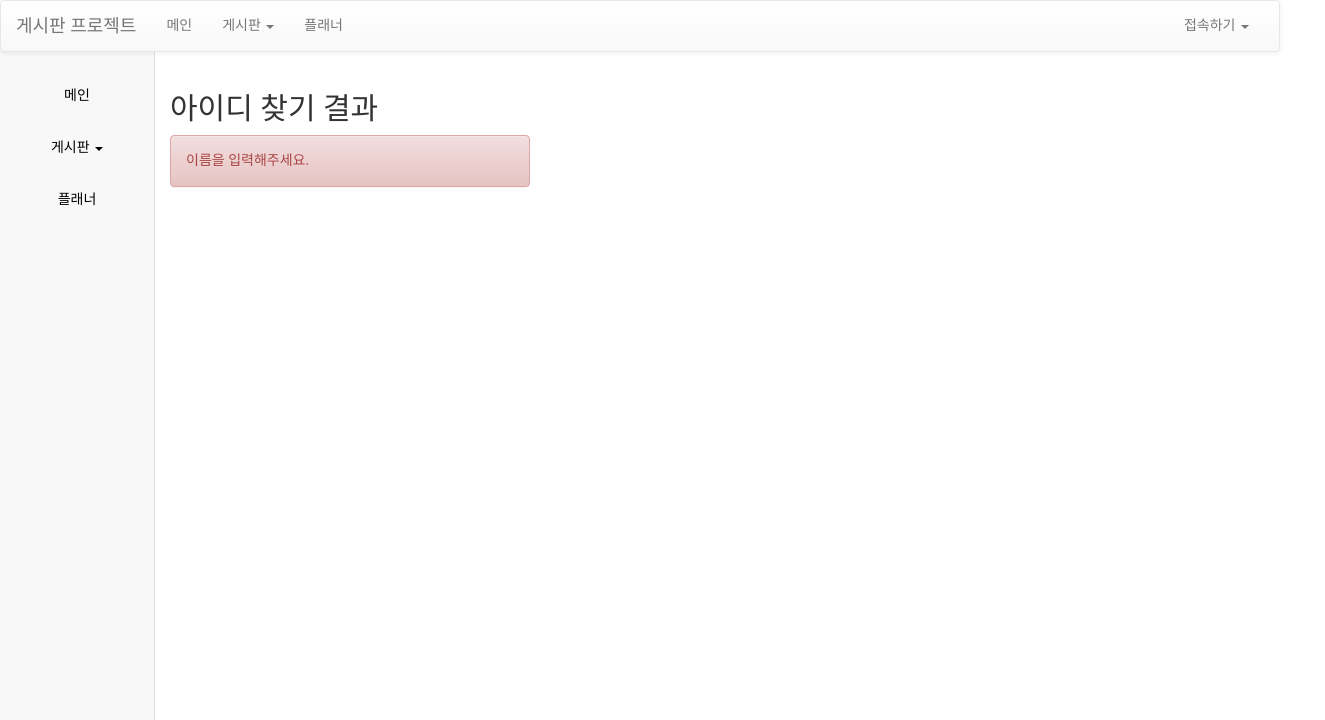
Repository: Seok7975/Project_PlannerSharingBoard
Page: http://localhost/ToDoList공유_게시판_ver3/id/findIdAction.jsp
An editor plug-in stored every save of this project. The page is shown before and after the next save, followed by the edit.
The browser window is 1280 px wide. The page is 1325 px wide, so the pictures cover 1325 px, including what lies to the right of the window. The pictures show the whole page.
Some web fonts or font styles are not loaded; a fallback is used. Some web libraries are served in a nearby version. The page is served by Tomcat 9. Other server files are loaded and not shown.

Above is the page before, as saved 2024-07-05 08:21:15.

### List_Projects_ver3/ToDoList공유 게시판_ver3/src/main/webapp/id/findIdAction.jsp
<%-- <%@ page language="java" contentType="text/html; charset=UTF-8"
    pageEncoding="UTF-8"%>
<%@ page import="java.sql.*, user.UserDAO" %>
<!DOCTYPE html>
<html>
<head>
<meta http-equiv="Content-Type" content="text/html; charset=UTF-8">
<meta name="viewport" content="width=device-width, initial-scale=1">
<!-- Latest compiled and minified CSS -->
<link rel="stylesheet" href="https://cdn.jsdelivr.net/npm/bootstrap@3.3.7/dist/css/bootstrap.min.css" integrity="sha384-BVYiiSIFeK1dGmJRAkycuHAHRg32OmUcww7on3RYdg4Va+PmSTsz/K68vbdEjh4u" crossorigin="anonymous">
<!-- Optional theme -->
<link rel="stylesheet" href="https://cdn.jsdelivr.net/npm/bootstrap@3.3.7/dist/css/bootstrap-theme.min.css" integrity="sha384-rHyoN1iRsVXV4nD0JutlnGaslCJuC7uwjduW9SVrLvRYooPp2bWYgmgJQIXwl/Sp" crossorigin="anonymous">
<!-- jQuery (necessary for Bootstrap's JavaScript plugins) -->
<script src="https://code.jquery.com/jquery-3.1.1.min.js"></script>
<!-- Latest compiled and minified JavaScript -->
<script src="https://cdn.jsdelivr.net/npm/bootstrap@3.3.7/dist/js/bootstrap.min.js" integrity="sha384-Tc5IQib027qvyjSMfHjOMaLkfuWVxZxUPnCJA7l2mCWNIpG9mGCD8wGNIcPD7Txa" crossorigin="anonymous"></script>
<link rel="stylesheet" href="css/jumbotronCustom.css">
<title>아이디 찾기 결과</title>
</head>
<body>
	<nav class="navbar navbar-default">
		<div class="container-fluid">
			<div class="navbar-header">
				<button type="button" class="navbar-toggle collapsed" data-toggle="collapse" data-target="#bs-example-navbar-collapse-1" aria-expanded="false">
						<span class="sr-only">Toggle navigation</span>
						<span class="icon-bar"></span>
						<span class="icon-bar"></span>
						<span class="icon-bar"></span>
				</button>
				<a class="navbar-brand" href="main.jsp">게시판 프로젝트</a>
			</div>
			<div class="collapse navbar-collapse" id="bs-example-navbar-collapse-1">
				<ul class="nav navbar-nav">
					<li><a href="main.jsp">메인</a></li>
					<li><a href="bbs.jsp">게시판</a></li>
					<li><a href="planner/planner.jsp">플래너</a></li>

				</ul>
				<ul class="nav navbar-nav navbar-right">
					<li class="dropdown">
						<a href="#" class="dropdown-toggle" data-toggle="dropdown" role="button" aria-haspopup="true" aria-expanded="false">접속하기 <span class="caret"></span></a>
						<ul class="dropdown-menu">
							<li><a href="login.jsp">로그인</a></li>
							<li><a href="register.jsp">회원가입</a></li>
						</ul>
					</li>
				</ul>
			</div>
		</div>
	</nav>
	<div class="container">
		<h2>아이디 찾기 결과</h2>
		<%
			String userName = request.getParameter("userName");
			String userEmail = request.getParameter("userEmail");
			UserDAO userDAO = new UserDAO();

			// 디버깅용 정보 출력
			userDAO.printDebugInfo(userName, userEmail);

			String userID = userDAO.findUserId(userName, userEmail);

			if (userID != null) {
				out.println("<div class='alert alert-success'>");
				out.println("회원님의 아이디는 <strong>" + userID + "</strong> 입니다.");
				out.println("</div>");
			} else {
				out.println("<div class='alert alert-danger'>");
				out.println("입력하신 정보와 일치하는 아이디가 없습니다.");
				out.println("</div>");
			}
		%>
	</div>
</body>
</html> --%>

<%@ page language="java" contentType="text/html; charset=UTF-8" pageEncoding="UTF-8"%>
<%@ page import="user.UserDAO" %>

<%
    request.setCharacterEncoding("UTF-8");

    String userName = request.getParameter("userName");
    String userEmail = request.getParameter("userEmail");

    if (userName == null || userName.trim().isEmpty()) {
        request.setAttribute("errorMessage", "이름을 입력해주세요.");
        request.getRequestDispatcher("showUserID.jsp").forward(request, response);
        return;
    }

    if (userEmail == null || userEmail.trim().isEmpty()) {
        request.setAttribute("errorMessage", "이메일을 입력해주세요.");
        request.getRequestDispatcher("showUserID.jsp").forward(request, response);
        return;
    }

    UserDAO userDAO = new UserDAO();
    String userID = userDAO.findUserId(userName, userEmail);

    request.setAttribute("userID", userID);

    // 디버깅용 정보 출력
    userDAO.printDebugInfo(userName, userEmail);

    if (userID != null) {
        request.getRequestDispatcher("showUserID.jsp").forward(request, response);
    } else {
        request.setAttribute("errorMessage", "입력하신 정보와 일치하는 아이디가 없습니다.");
        request.getRequestDispatcher("showUserID.jsp").forward(request, response);
    }
%>

### List_Projects_ver3/ToDoList공유 게시판_ver3/src/main/webapp/id/showUserID.jsp
<%@ page language="java" contentType="text/html; charset=UTF-8" pageEncoding="UTF-8"%>
<!DOCTYPE html>
<html>
<head>
    <meta http-equiv="Content-Type" content="text/html; charset=UTF-8">
    <meta name="viewport" content="width=device-width, initial-scale=1">
    <!-- Latest compiled and minified CSS -->
    <link rel="stylesheet" href="https://cdn.jsdelivr.net/npm/bootstrap@3.3.7/dist/css/bootstrap.min.css" integrity="sha384-BVYiiSIFeK1dGmJRAkycuHAHRg32OmUcww7on3RYdg4Va+PmSTsz/K68vbdEjh4u" crossorigin="anonymous">
    <!-- Optional theme -->
    <link rel="stylesheet" href="https://cdn.jsdelivr.net/npm/bootstrap@3.3.7/dist/css/bootstrap-theme.min.css" integrity="sha384-rHyoN1iRsVXV4nD0JutlnGaslCJuC7uwjduW9SVrLvRYooPp2bWYgmgJQIXwl/Sp" crossorigin="anonymous">

    <link rel="stylesheet" href="../css/idStyle.css"> <!-- 외부 CSS 파일 참조 -->
    <!-- jQuery (necessary for Bootstrap's JavaScript plugins) -->
    <script src="https://code.jquery.com/jquery-3.1.1.min.js"></script>
    <!-- Latest compiled and minified JavaScript -->
    <script src="https://cdn.jsdelivr.net/npm/bootstrap@3.3.7/dist/js/bootstrap.min.js" integrity="sha384-Tc5IQib027qvyjSMfHjOMaLkfuWVxZxUPnCJA7l2mCWNIpG9mGCD8wGNIcPD7Txa" crossorigin="anonymous"></script>
    <link rel="stylesheet" href="css/jumbotronCustom.css">
    <title>아이디 찾기 결과</title>
    <style>
    	/* 작은 화면일 때 스타일 조정 */
@media (max-width: 767px) {
    .main-content {
        margin-left: 0;
    }
    .col-xs-12 {
        width: 100%;
        padding: 0;
    }
    .jumbotron {
        padding: 20px;
    }
    </style>
</head>
<body>
    <div class="sidebar">
        <a href="../main.jsp" style="text-align: center;">메인</a>
        <div class="dropdown">
            <a href="../bbs.jsp?bbsCategory=all" style="text-align: center;">게시판 <span class="caret"></span></a>
            <ul class="dropdown-menu">
                <li><a href="../bbs.jsp?bbsCategory=all" style="text-align: center;">전체글보기</a></li>
                <li><a href="../bbs.jsp?bbsCategory=free" style="text-align: center;">자유게시판</a></li>
                <li><a href="../bbs.jsp?bbsCategory=study" style="text-align: center;">공부게시판</a></li>
                <li><a href="../bbs.jsp?bbsCategory=exercise" style="text-align: center;">운동게시판</a></li>
            </ul>
        </div>
        <a href="planner/planner.jsp" style="text-align: center;">플래너</a>
    </div>
    <nav class="navbar navbar-default">
        <div class="container-fluid">
            <div class="navbar-header">
                <button type="button" class="navbar-toggle collapsed" data-toggle="collapse" data-target="#bs-example-navbar-collapse-1" aria-expanded="false">
                        <span class="sr-only">Toggle navigation</span>
                        <span class="icon-bar"></span>
                        <span class="icon-bar"></span>
                        <span class="icon-bar"></span>
                </button>
                <a class="navbar-brand" href="../main.jsp">게시판 프로젝트</a>
            </div>
            <div class="collapse navbar-collapse" id="bs-example-navbar-collapse-1">
                <ul class="nav navbar-nav">
                    <li><a href="../main.jsp">메인</a></li>
                    <li class="dropdown">
                        <a href="../bbs.jsp" role="button" aria-haspopup="true" aria-expanded="false">게시판 <span class="caret"></span></a>
                        <ul class="dropdown-menu">
                            <li><a href="bbs.jsp?bbsCategory=all">전체글보기</a></li>
                            <li><a href="bbs.jsp?bbsCategory=free">자유게시판</a></li>
                            <li><a href="bbs.jsp?bbsCategory=study">공부게시판</a></li>
                            <li><a href="bbs.jsp?bbsCategory=exercise">운동게시판</a></li>
                        </ul>
                    </li>
                    <li><a href="../planner/planner.jsp">플래너</a></li>
                </ul>
                <ul class="nav navbar-nav navbar-right">
                    <li class="dropdown">
                        <a href="#" class="dropdown-toggle" data-toggle="dropdown" role="button" aria-haspopup="true" aria-expanded="false">접속하기 <span class="caret"></span></a>
                        <ul class="dropdown-menu">
                            <li><a href="login.jsp">로그인</a></li>
                            <li><a href="join.jsp">회원가입</a></li>
                        </ul>
                    </li>
                </ul>
            </div>
        </div>
    </nav>
    <div class="container main-content">
        <div class="row">
        <div class="col-lg-4 col-md-6 col-sm-8 col-xs-10">
                <h2>아이디 찾기 결과</h2>
                <%
                    String userID = (String) request.getAttribute("userID");
                    String errorMessage = (String) request.getAttribute("errorMessage");

                    if (userID != null) {
                        out.println("<div class='alert alert-success'>");
                        out.println("회원님의 아이디는 <strong>" + userID + "</strong> 입니다.");
                        out.println("</div>");
                    } else if (errorMessage != null) {
                        out.println("<div class='alert alert-danger'>");
                        out.println(errorMessage);
                        out.println("</div>");
                    }
                %>
            </div>
        </div>
    </div>
</body>
</html>

### List_Projects_ver3/ToDoList공유 게시판_ver3/src/main/webapp/css/idStyle.css
@charset "UTF-8";

/* 네비게이션 바를 상단에 고정 */
.navbar-fixed-top {
    position: fixed;
    top: 0;
    width: 100%;
    z-index: 1000;
}

/* 왼쪽 사이드바 스타일 */
.sidebar {
    position: fixed;
    top: 50px; /* 네비게이션 바 높이만큼 아래로 내림 */
    left: 0;
    width: 155px;
    height: calc(100% - 50px); /* 네비게이션 바 높이만큼 줄임 */
    background-color: #f8f8f8;
    padding-top: 20px;
    border-right: 1px solid #ddd;
    transition: width 0.3s ease, opacity 0.3s ease; /* 사이드바 너비와 투명도 변화 애니메이션 */
    /* overflow: hidden; */
}

/* 작은 화면에서 사이드바 숨기기 */
@media (max-width: 768px) {
    .sidebar {
        left: -250px;
    }
}

/* 사이드바가 보일 때 클래스 */
.sidebar.show {
    left: 0;
}

/* 메인 콘텐츠 스타일 */
.main-content {
    margin-left: 155px; /* 기본 사이드바 너비만큼 마진 */
    transition: margin-left 0.3s;
}

/* 작은 화면에서 메인 콘텐츠 마진 조정 */
@media (max-width: 768px) {
    .main-content {
        margin-left: 0;
    }
}

.sidebar a {
    display: block;
    color: black;
    padding: 16px;
    text-decoration: none;
}

.sidebar a:hover {
    background-color: #ddd;
    color: black;
}

.sidebar .dropdown-menu {
    display: none;
    position: static;
    float: none;
    background-color: #f8f8f8;
    border: none;
    box-shadow: none;
}

.sidebar .dropdown:hover .dropdown-menu {
    display: block;
    animation: slideDown 0.3s ease-in-out; /* 슬라이딩 애니메이션 추가 */
}

/* 사이드바가 사라질 때의 스타일 */
.sidebar.hidden {
    width: 0;
    opacity: 0;
    overflow: hidden;
}

/* 메인 콘텐츠가 확장될 때의 스타일 */
.main-content.expanded {
    margin-left: 0;
}

@keyframes slideDown {
    0% {
        opacity: 0;
        transform: translateY(-10px);
    }
    100% {
        opacity: 1;
        transform: translateY(0);
    }
}

/* 드롭다운 메뉴가 커서를 가져다 대기만 해도 열리도록 설정 */
.navbar-nav > li.dropdown:hover > .dropdown-menu {
    display: block;
    animation: slideDown 0.3s ease-in-out; /* 슬라이딩 애니메이션 추가 */
}

.category-title {
    font-size: 24px; /* 텍스트 크기 */
    font-weight: bold; /* 텍스트 굵기 */
    margin-bottom: 20px; /* 아래쪽 여백 */
    /* text-align: center; */ /* 가운데 정렬 */
    /* color: #333; */ /* 텍스트 색상 */
}

a, a:hover {
    color: #000000;
    text-decoration: none;
}

    .login-container {
        max-width: 400px;

        margin: 50px auto;
    }

    .jumbotron {
        padding: 65px;
        text-align: center;
    }

    .form-group {
        margin-bottom: 15px;
    }

### List_Projects_ver3/ToDoList공유 게시판_ver3/src/main/webapp/css/jumbotronCustom.css

@import url(http://fonts.googleapis.com/earlyaccess/nanumgothic.css);
@import url(http://fonts.googleapis.com/earlyaccess/hanna.css);
* {
	font-family : 'Nanum Gothic';
}

h1 {
	font-family : 'Hanna';
}

After the next save:
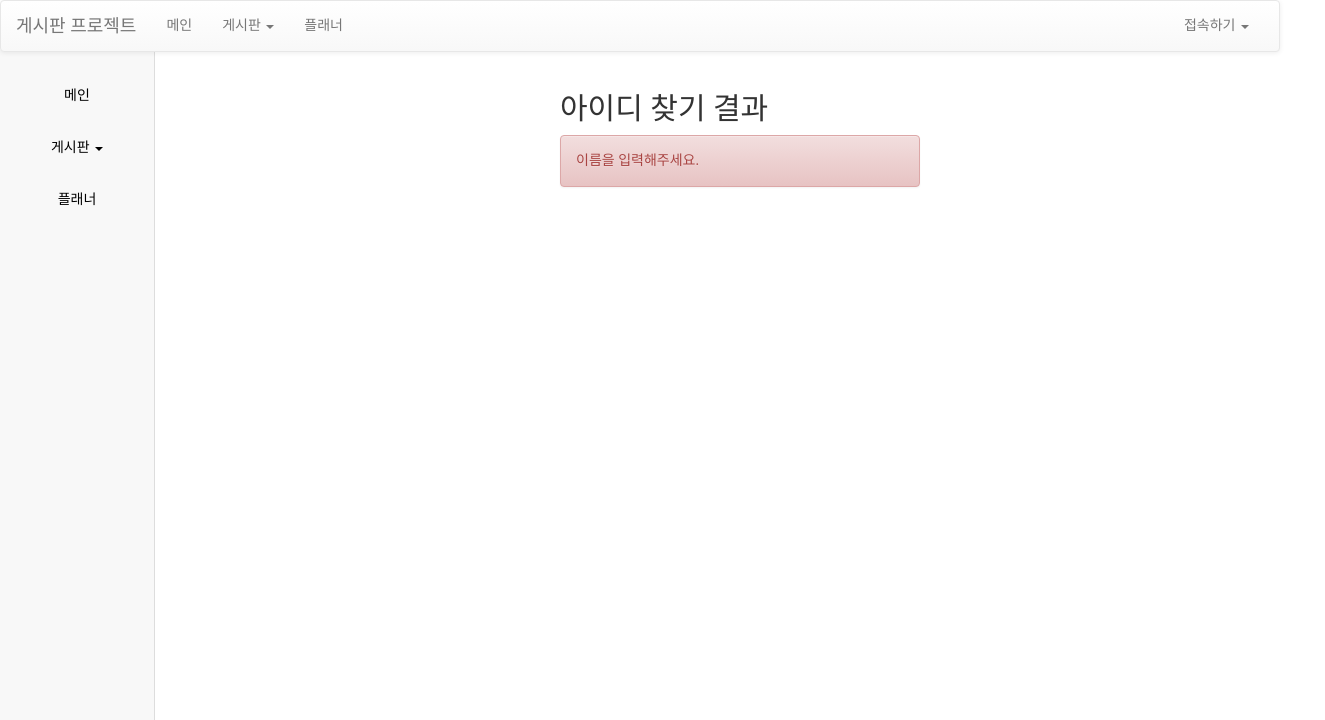
Saved 87 s later.
--- a/List_Projects_ver3/ToDoList공유 게시판_ver3/src/main/webapp/id/showUserID.jsp
+++ b/List_Projects_ver3/ToDoList공유 게시판_ver3/src/main/webapp/id/showUserID.jsp
@@ -84,23 +84,25 @@
     </nav>
     <div class="container main-content">
         <div class="row">
-        <div class="col-lg-4 col-md-6 col-sm-8 col-xs-10">
-                <h2>아이디 찾기 결과</h2>
-                <%
-                    String userID = (String) request.getAttribute("userID");
-                    String errorMessage = (String) request.getAttribute("errorMessage");
+	        <div class="col-lg-4 col-md-3 col-sm-2 col-xs-1"></div>
+	        <div class="col-lg-4 col-md-6 col-sm-8 col-xs-10">
+	                <h2>아이디 찾기 결과</h2>
+	                <%
+	                    String userID = (String) request.getAttribute("userID");
+	                    String errorMessage = (String) request.getAttribute("errorMessage");
 
-                    if (userID != null) {
-                        out.println("<div class='alert alert-success'>");
-                        out.println("회원님의 아이디는 <strong>" + userID + "</strong> 입니다.");
-                        out.println("</div>");
-                    } else if (errorMessage != null) {
-                        out.println("<div class='alert alert-danger'>");
-                        out.println(errorMessage);
-                        out.println("</div>");
-                    }
-                %>
-            </div>
+	                    if (userID != null) {
+	                        out.println("<div class='alert alert-success'>");
+	                        out.println("회원님의 아이디는 <strong>" + userID + "</strong> 입니다.");
+	                        out.println("</div>");
+	                    } else if (errorMessage != null) {
+	                        out.println("<div class='alert alert-danger'>");
+	                        out.println(errorMessage);
+	                        out.println("</div>");
+	                    }
+	                %>
+	         </div>
+	         <div class="col-lg-4 col-md-3 col-sm-2 col-xs-1"></div>
         </div>
     </div>
 </body>
